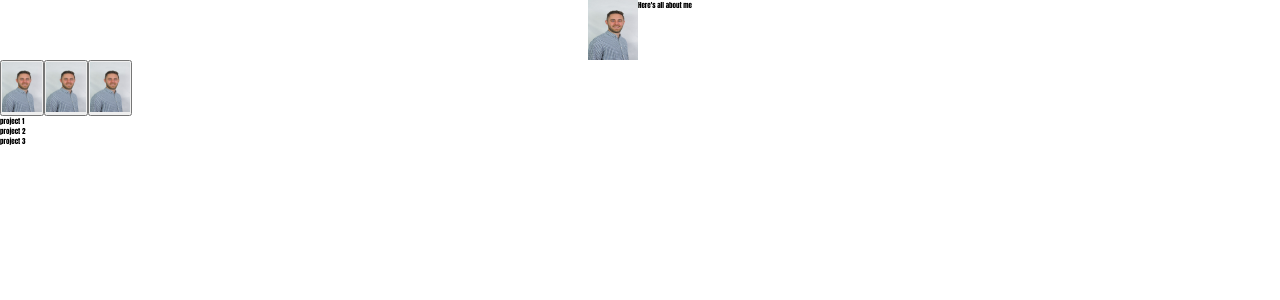
Repository: Kobramall/portfolio-project
Page: /portfolio
The author's editor kept a copy of each file at every save. The page is drawn from the files as they stood at one save, then again after the next save.
The browser window is 1280 px wide. The pictures show the whole page.
The project was rebuilt for these pictures with package versions that can differ from the ones it lists, and the page was loaded fresh each time. Also part of the build but not shown: src/App.css, src/componets/Main.jsx. Imported but missing from the stored project, and not drawn on this page: src/assets/Landscape.mov.

Above is the page before, as saved 2022-11-01 15:18:49.

### src/index.css
*{
  margin:0;
  padding: 0;
  font-family: Impact, Haettenschweiler, 'Arial Narrow Bold', sans-serif;
}


.main{
  width: 100%;
  height: 100%;
}

video{
  width: 100%;
  height: 100%;
  object-fit: cover;
}

.content{
  position: absolute;
  width: 100%;
  height: 100%;
  top:0;
  display: flex;
  flex-direction: column;
  justify-content: center;
  align-items: center;
  color: azure;
  font-size: 6px;
}
.content button{
  color:azure;
  background-color: #fff;
  background-color: rgba(255, 255, 255, 0.5);
  font-size: 7px;
  border-color: transparent;
}

.content button:hover{
  background-color: lightblue;
}

.overlay{
  position: absolute;
  top: 0;
  left: 0;
  width: 100%;
  height: 100%;
}

.intro{
  display: flex;
  justify-content: center;
}

### src/App.js
import './App.css';
import Main from './componets/Main'
import Portfolio from './componets/Portfolio';
import {BrowserRouter as Router, Routes, Route } from "react-router-dom";

function App() {
  return (
    <Router>
      <Routes>
        <Route path="/" element={<Main />} />
        <Route path="/portfolio" element={<Portfolio />} />
       </Routes>
    </Router>
  )
}

export default App;

### src/componets/Portfolio.jsx
import React from'react'
import Img from '../assets/IMG-3147.jpg'
import '../Portfolio.css'


const Portfolio = () =>{
    return(
        <div className='portfolio'>
            <div className='intro'>
               <img src={Img} alt="Profile Picture" width="50" height="60"/>
               <p>Here's all about me</p>
            </div>
            <div className='projectLinks'>
                    <a href="https://github.com/Kobramall" ><button><img src={Img} alt="filler pics" width="40" height="50"/></button></a>
                    <a href="https://github.com/Kobramall" ><button><img src={Img} alt="filler pics" width="40" height="50"/></button></a>
                    <a href="https://github.com/Kobramall" ><button><img src={Img} alt="filler pics" width="40" height="50"/></button></a>
            </div>
            <div className='projectDes'>
                   <p>project 1</p>
                   <p>project 2</p>
                   <p>project 3</p>
            </div>
            <footer>

            </footer>
        </div>
    )
}

export default Portfolio

### src/Portfolio.css
*{
    font-size: 7px;
}

Loaded but not shown: public/index.html (common file); src/index.js (common file); src/reportWebVitals.js (common file)

After the next save:
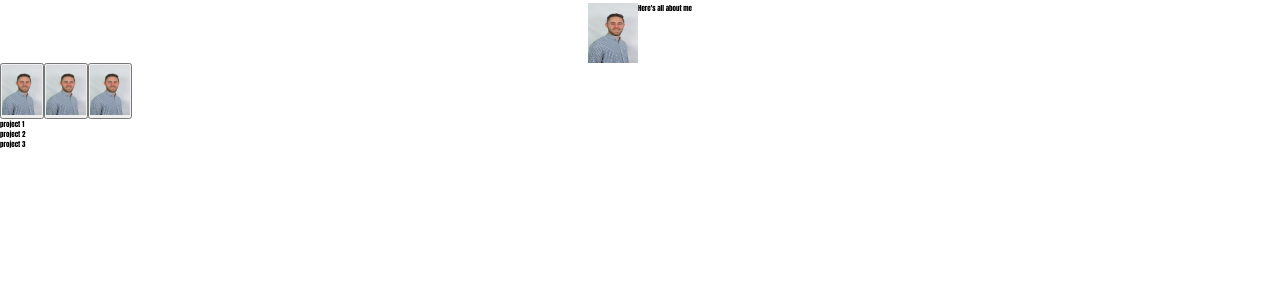
Saved 12 s later.
--- a/src/index.css
+++ b/src/index.css
@@ -49,6 +49,7 @@ video{
 }
 
 .intro{
+  margin-top: 3px;
   display: flex;
   justify-content: center;
 }
